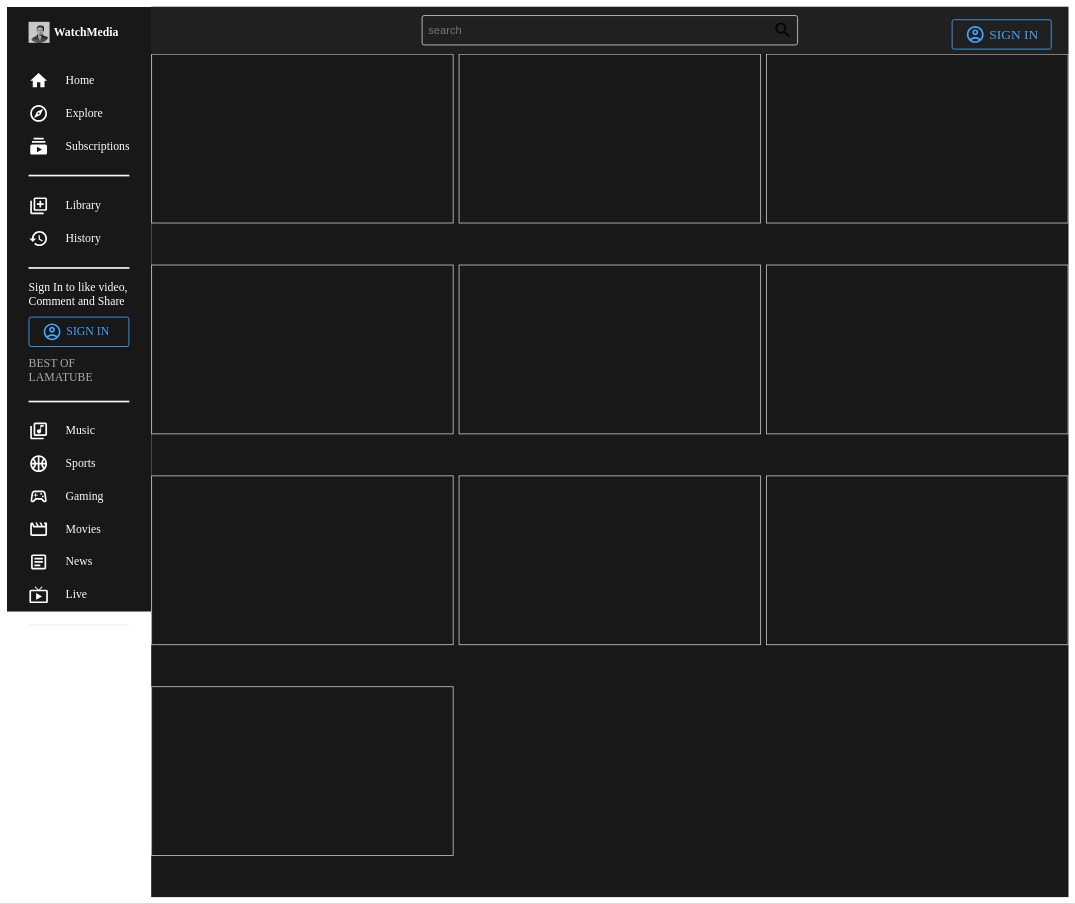
Repository: inzamamahmad3/final-year-project-skeleton
Page: /
The author's editor kept a copy of each file at every save. The page is drawn from the files as they stood at one save, then again after the next save.
The browser window is 1280 px wide. The pictures show the whole page, at 84% of full size.
The project was rebuilt for these pictures with package versions that can differ from the ones it lists, and the page was loaded fresh each time. Also part of the build but not shown: src/pages/Video.jsx.

Above is the page before, as saved 2023-07-20 12:41:47.

### src/App.js
import styled, { ThemeProvider } from "styled-components";
import Menu from "./components/Menu";
import Navbar from "./components/Navbar";
import { darkTheme, lightTheme } from "./utils/Theme";
import { useState } from "react";
import { BrowserRouter, Routes, Route } from "react-router-dom";
import Home from "./pages/Home";
import Video from "./pages/Video";

const Container = styled.div`
  display: flex;
`;
const Main = styled.div`
  flex: 7;
  background-color: ${({ theme }) => theme.bg};
`;
const Wrapper = styled.div``;

function App() {
  const [darkMode, setDarkMode] = useState(true);
  return (
    <>
      <ThemeProvider theme={darkMode ? darkTheme : lightTheme}>
        <Container>
          <BrowserRouter>
            <Menu darkMode={darkMode} setDarkMode={setDarkMode} />
            <Main>
              <Navbar />
              <Wrapper>
                <Routes>
                  <Route path="/">
                    <Route index element={<Home />} />
                    <Route path="video">
                      <Route path=":id" element={<Video />} />
                    </Route>
                  </Route>
                </Routes>
              </Wrapper>
            </Main>
          </BrowserRouter>
        </Container>
      </ThemeProvider>
    </>
  );
}

export default App;

### src/components/Menu.jsx
import React from "react";
import styled from "styled-components";
import watch from "../img/pic.png";
import HomeIcon from "@mui/icons-material/Home";
import ExploreOutlinedIcon from "@mui/icons-material/ExploreOutlined";
import SubscriptionsIcon from "@mui/icons-material/Subscriptions";
import LibraryAddOutlinedIcon from "@mui/icons-material/LibraryAddOutlined";
import HistoryOutlinedIcon from "@mui/icons-material/HistoryOutlined";
import LibraryMusicOutlinedIcon from "@mui/icons-material/LibraryMusicOutlined";
import SportsEsportsOutlinedIcon from "@mui/icons-material/SportsEsportsOutlined";
import SportsBasketballOutlinedIcon from "@mui/icons-material/SportsBasketballOutlined";
import MovieOutlinedIcon from "@mui/icons-material/MovieOutlined";
import ArticleOutlinedIcon from "@mui/icons-material/ArticleOutlined";
import LiveTvOutlinedIcon from "@mui/icons-material/LiveTvOutlined";
import AccountCircleOutlinedIcon from "@mui/icons-material/AccountCircleOutlined";
import SettingsOutlinedIcon from "@mui/icons-material/SettingsOutlined";
import FlagOutlinedIcon from "@mui/icons-material/FlagOutlined";
import HelpOutlineOutlinedIcon from "@mui/icons-material/HelpOutlineOutlined";
import SettingsBrightnessOutlinedIcon from "@mui/icons-material/SettingsBrightnessOutlined";
import { Link } from "react-router-dom";

const Container = styled.div`
  flex: 1;
  background-color: ${({ theme }) => theme.bg};
  height: 100vh;
  color: ${({ theme }) => theme.text};
  font-size: 14px;
  position: sticky;
  top: 0;
`;

const Wrapper = styled.div`
  padding: 18px 26px;
`;

const Logo = styled.div`
  display: flex;
  align-items: center;
  gap: 5px;
  font-weight: bold;
  margin-bottom: 25px;
`;

const Item = styled.div`
  display: flex;
  align-items: center;
  gap: 20px;
  cursor: pointer;
  padding: 7.5px 0px;
`;

const Img = styled.img`
  height: 25px;
`;

const Hr = styled.hr`
  margin: 15px 0px;
  border: 0.5px solid ${({ theme }) => theme.soft};
`;

const Login = styled.div``;
const Button = styled.div`
  padding: 5px 15px;
  background-color: transparent;
  border: 1px solid #3ea6ff;
  color: #3ea6ff;
  border-radius: 3px;
  font-weight: 500;
  margin-top: 10px;
  cursor: pointer;
  display: flex;
  align-items: center;
  gap: 5px;
`;

const Title = styled.h2`
  font-size: 14px;
  font-weight: 500;
  color: #aaaaaa;
  margin-bottom: 20px;
`;

function Menu({ darkMode, setDarkMode }) {
  return (
    <Container>
      <Wrapper>
        <Logo>
          <Img src={watch} />
          WatchMedia
        </Logo>
        <Item>
          <HomeIcon />
          Home
        </Item>
        <Item>
          <ExploreOutlinedIcon />
          Explore
        </Item>
        <Item>
          <SubscriptionsIcon />
          Subscriptions
        </Item>
        <Hr />
        <Item>
          <LibraryAddOutlinedIcon />
          Library
        </Item>
        <Item>
          <HistoryOutlinedIcon />
          History
        </Item>
        <Hr />
        <Login>
          Sign In to like video, Comment and Share
          <Button>
            <AccountCircleOutlinedIcon /> SIGN IN
          </Button>
        </Login>
        <Title>BEST OF LAMATUBE</Title>
        <Hr />
        <Item>
          <LibraryMusicOutlinedIcon />
          Music
        </Item>
        <Item>
          <SportsBasketballOutlinedIcon />
          Sports
        </Item>
        <Item>
          <SportsEsportsOutlinedIcon />
          Gaming
        </Item>
        <Item>
          <MovieOutlinedIcon />
          Movies
        </Item>
        <Item>
          <ArticleOutlinedIcon />
          News
        </Item>
        <Item>
          <LiveTvOutlinedIcon />
          Live
        </Item>
        <Hr />
        <Item>
          <SettingsOutlinedIcon />
          Settings
        </Item>
        <Item>
          <FlagOutlinedIcon />
          Report
        </Item>
        <Item>
          <HelpOutlineOutlinedIcon />
          Help
        </Item>
        <Item onClick={() => setDarkMode(!darkMode)}>
          <SettingsBrightnessOutlinedIcon />
          Light Mode
        </Item>
      </Wrapper>
    </Container>
  );
}

export default Menu;

### src/components/Navbar.jsx
import React from "react";
import styled from "styled-components";
import AccountCircleOutlinedIcon from "@mui/icons-material/AccountCircleOutlined";
import { SearchOutlined } from "@mui/icons-material";

const Container = styled.div`
  position: sticky;
  top: 0;
  background-color: ${({ theme }) => theme.bgLighter};
  height: 56px;
`;
const Wrapper = styled.div`
  display: flex;
  align-items: center;
  justify-content: flex-end;
  height: 100%;
  padding: 0px 20px;
  position: relative;
`;

const Search = styled.div`
  width: 40%;
  position: absolute;
  left: 0px;
  right: 0px;
  margin: auto;
  display: flex;
  align-items: center;
  justify-content: space-between;
  padding: 5px;
  border: 1px solid #ccc;
  border-radius: 3px;
`;

const Input = styled.input`
  border: none;
  background-color: transparent;
  outline: none;
  color: ${({ theme }) => theme.text};
`;

const Button = styled.div`
  padding: 5px 15px;
  background-color: transparent;
  border: 1px solid #3ea6ff;
  color: #3ea6ff;
  border-radius: 3px;
  font-weight: 500;
  margin-top: 10px;
  cursor: pointer;
  display: flex;
  align-items: center;
  gap: 5px;
`;

const Navbar = () => {
  return (
    <Container>
      <Wrapper>
        <Search>
          <Input placeholder="search" />
          <SearchOutlined />
        </Search>
        <Button>
          <AccountCircleOutlinedIcon /> SIGN IN
        </Button>
      </Wrapper>
    </Container>
  );
};

export default Navbar;

### src/utils/Theme.js
export const darkTheme = {
  bg: "#181818",
  bgLighter: "#202020",
  text: "white",
  textSoft: "#aaaaaa",
  soft: "#f5f5f5",
};
export const lightTheme = {
  bg: "#f9f9f9",
  bgLighter: "white",
  text: "black",
  textSoft: "#606060",
  soft: "#373737",
};

### src/pages/Home.jsx
import React from "react";
import styled from "styled-components";
import Card from "../components/Card";

const Container = styled.div`
  display: flex;
  justify-content: space-between;
  flex-wrap: wrap;
`;

const Home = () => {
  return (
    <Container>
      <Card />
      <Card />
      <Card />
      <Card />
      <Card />
      <Card />
      <Card />
      <Card />
      <Card />
      <Card />
    </Container>
  );
};

export default Home;

### src/components/Card.jsx
import React from "react";
import styled from "styled-components";

const Container = styled.div`
  width: 360px;
  margin-bottom: 45px;
  cursor: pointer;
`;

const Image = styled.img`
  width: 100%;
  height: 202px;
  border-color: #999;
  cursor: pointer;
`;

const Card = () => {
  return (
    <Container>
      <Image />
    </Container>
  );
};

export default Card;

Loaded but not shown: public/index.html (common file); src/index.js (common file)

After the next save:
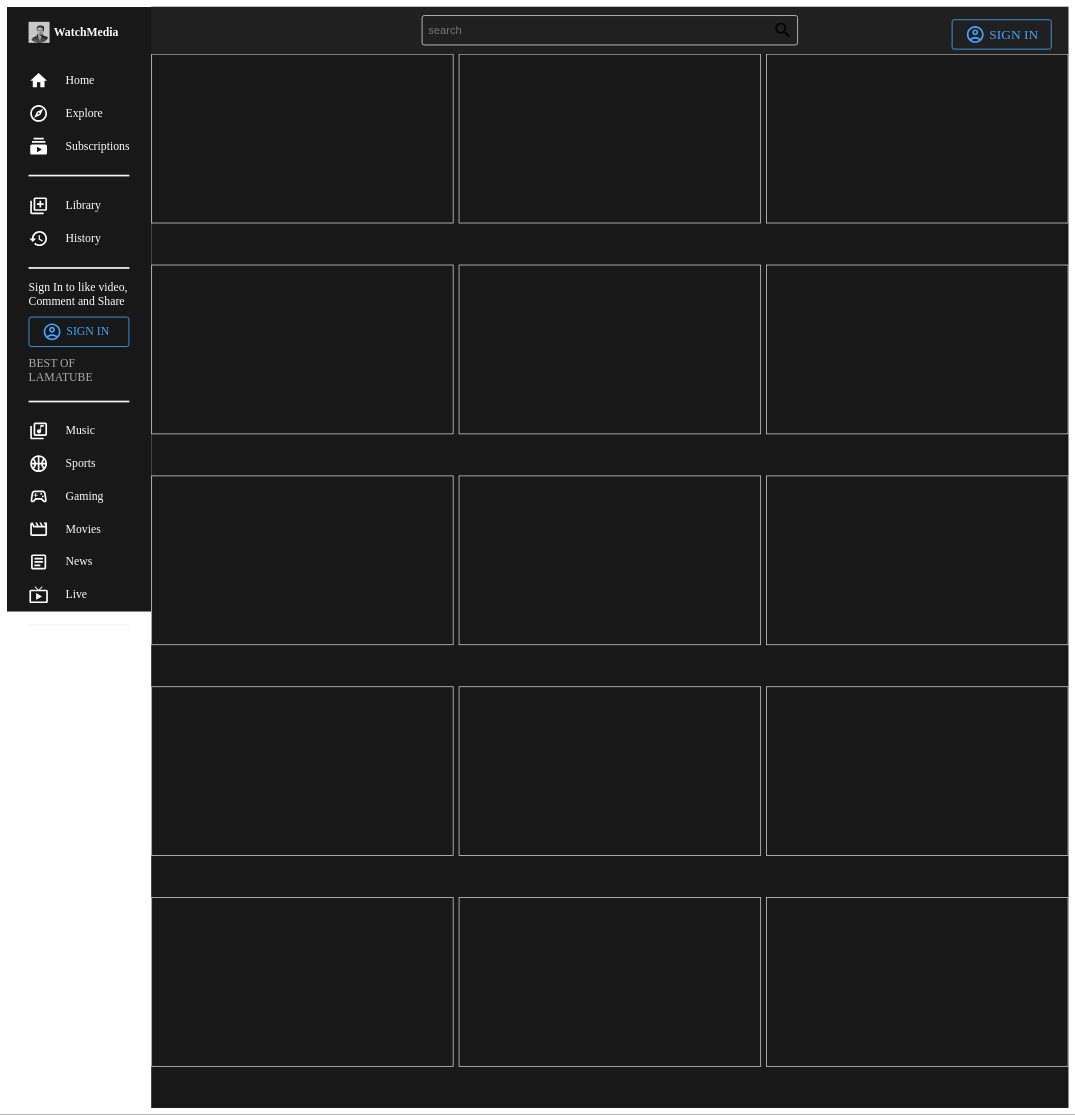
Saved 10 min 41 s later.
--- a/src/pages/Home.jsx
+++ b/src/pages/Home.jsx
@@ -21,6 +21,11 @@ const Home = () => {
       <Card />
       <Card />
       <Card />
+      <Card />
+      <Card />
+      <Card />
+      <Card />
+      <Card />
     </Container>
   );
 };
